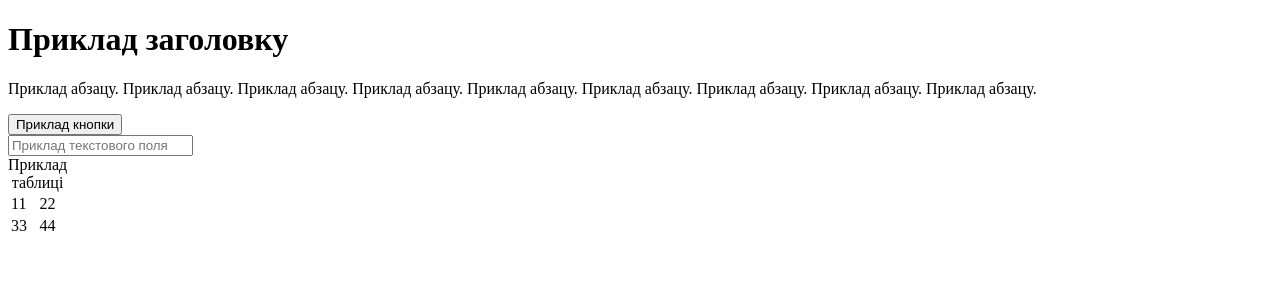
Repository: YurroUzhgorod/Home-works--vue.js3-and-node-express
Page: 7-lesson28-practice/my-practice/library_back/public/index.html
The author's editor kept a copy of each file at every save. The page is drawn from the files as they stood at one save, then again after the next save.
The browser window is 1280 px wide. The pictures show the whole page.

Above is the page before, as saved 2022-06-20 08:37:27.

After the next save:
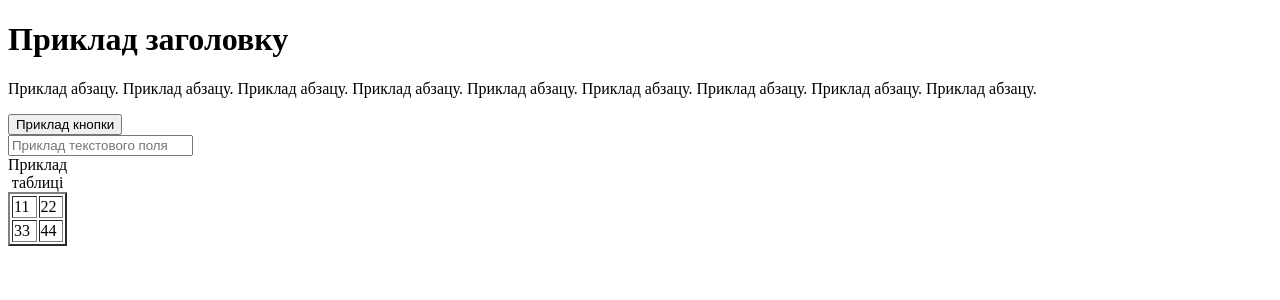
Saved 17 s later.
--- a/7-lesson28-practice/my-practice/library_back/public/index.html
+++ b/7-lesson28-practice/my-practice/library_back/public/index.html
@@ -18,7 +18,7 @@
     <div>
       <input type="text" placeholder="Приклад текстового поля" />
     </div>
-    <table>
+    <table border="2px">
       <caption>
         Приклад таблиці
       </caption>
